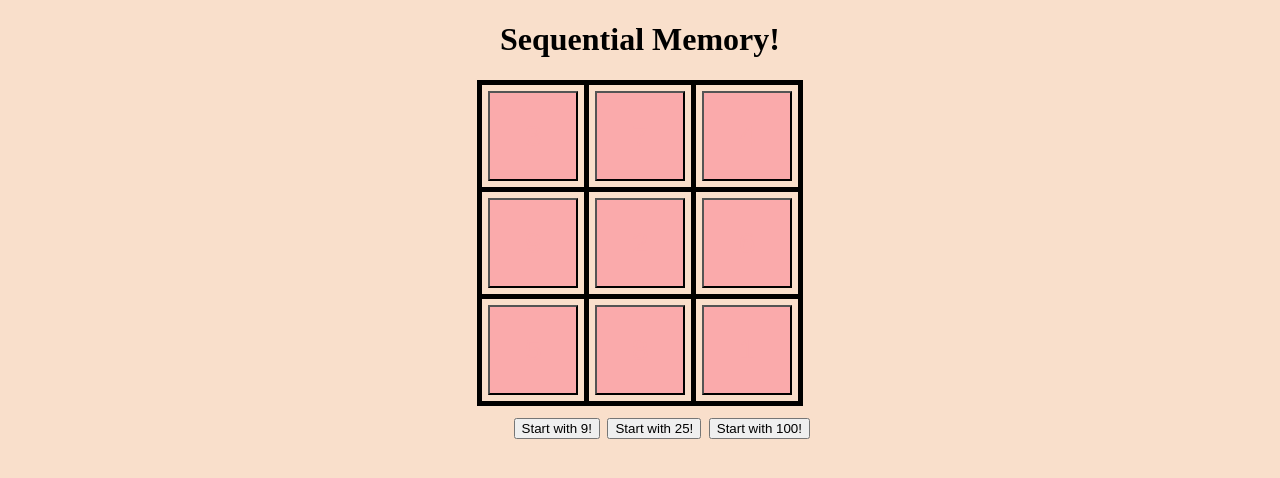
Repository: HyveMynd/htdocs
Page: PS1/SequentialMemory.html
An editor plug-in stored every save of this project. The page is shown before and after the next save, followed by the edit.
The browser window is 1280 px wide. The pictures show the whole page.
After loading, the first visible `#num3` was clicked once.
Some web libraries are served in a nearby version.

Above is the page before, as saved 2013-01-22 04:34:46.

### PS1/SequentialMemory.html
<!DOCTYPE html PUBLIC "-//W3C//DTD HTML 4.01 Transitional//EN" "http://www.w3.org/TR/html4/loose.dtd">
<html>
<head>
<meta http-equiv="Content-Type" content="text/html; charset=UTF-8">
<link rel="stylesheet" href="MemoryStyle.css" type="text/css" />
<script type="text/javascript" src="https://ajax.googleapis.com/ajax/libs/jquery/1.7.1/jquery.min.js"></script>
<script src="memory.js" type="text/javascript" ></script>
<title>Number Memory</title>
</head>
<body>
<h1>Sequential Memory!</h1>
<input id=Reset type=button onclick=window.location.reload() value=Reset visible=hidden />
<div class=gameboard ></div>
<div class=select>
	<button id=num3 onclick="displayBoard(3)">Start with 9!</button>
	<button id=num5 onclick="displayBoard(5)">Start with 25!</button>
	<button id=num10 onclick="displayBoard(10)">Start with 100!</button>
</div>
</body>
</html>

### PS1/MemoryStyle.css
@CHARSET "UTF-8";
body { background-color:#f9dfcb; }
h1 { text-align:center; color:black }
table {
	text-align:center;
	color:black;
	border: 5px solid black;
	border-collapse:collapse;
	margin:auto;
	font-size:50px;
}
tr { border: 5px solid black; height: 100px; width: 100px; }
td { border: 5px solid black; height: 100px; width: 100px; }
p {text-align:center; font-size:30px}
.gameboard input {
	height:90px;
	width:90px;
	background-color:#faaaab;
	font-size:30px;
	color:#faaaab;
}
.select {
	font-size:30px;
	margin-left:40%;
	margin-right:auto;
}


#Reset {
	font-size:30px;
	margin-left:50%;
	margin-right:50%;
}

### PS1/memory.js
var current = 0;
var numbers = new Array();
var rowsColumns;

function displayNumber(button){
	//show number in black
	$(button).css({color:"#000000"});
	var selected = $(button).val();
	//if the number is sequential, do not fade
	if (selected == current+1){
		current++;
	}
	//else reset the numbers to be invisible
	else{
		window.setTimeout(function () {showbutton();}, 500);
		current=0;
	}
	//check for game completion
	if(current == rowsColumns*rowsColumns){
		gameComplete();
	}
}

function showbutton(){
	//reset all the numbers back to blank
	$(".gameboard input").css({color:"#faaaab"});
}

function mouseDown(e){
	displayNumber();
}

function displayBoard(num){
	rowsColumns = num;
	for (var i = 0; i < num*num; i++){
		numbers[i] = i+1;
	}

	//add the buttons to the gameboard
	var board = "<table>";
	for (var r = 0; r < num; r++){
		var row = "<tr>";
		for (var c = 0; c < num; c++){
			var key = Math.floor(Math.random() * numbers.length-1);
			var number = numbers.splice(key, 1);
			//randomly select array numbers
			row += "<td><input type=button value="+number+" /></td>";
		}
		row += "</tr>";
		board += row;
	}
	board += "</table>";
	$(".gameboard").append(board);
	//hide buttons
	$("#"+num).hide();
	$("#Reset").hide();

	//tie gameboard buttons
	$(".gameboard input").click(function () { play(this); });
}

function play(button){
	//get the row and column of the button
	var td = $(button).parent();
	var col = td.parent().children().index(td);
	var row = td.parent().parent().children().index(td.parent());

	//toggle the number to display
	toggle(row, col);
}

function toggle (r,c){
	var button = $(".gameboard input").get(r*rowsColumns+c);
	displayNumber(button);
}

function gameComplete(){
	window.alert("Congratulations! You have won!");
	$("#Reset").show();
}

After the next save:
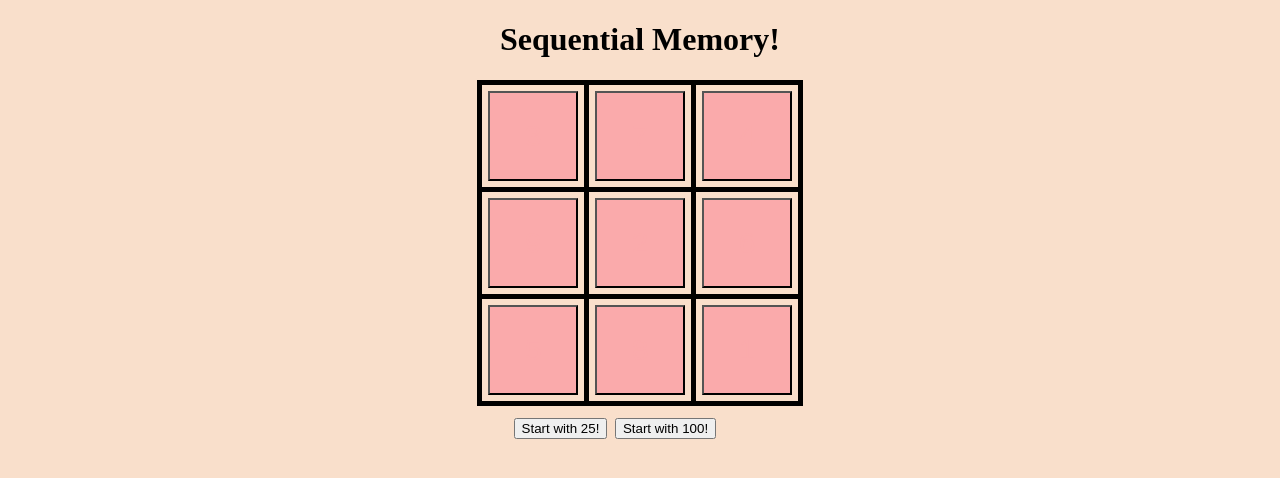
Saved 27 s later.
--- a/PS1/memory.js
+++ b/PS1/memory.js
@@ -52,7 +52,7 @@ function displayBoard(num){
 	board += "</table>";
 	$(".gameboard").append(board);
 	//hide buttons
-	$("#"+num).hide();
+	$("#num"+num).hide();
 	$("#Reset").hide();
 
 	//tie gameboard buttons
